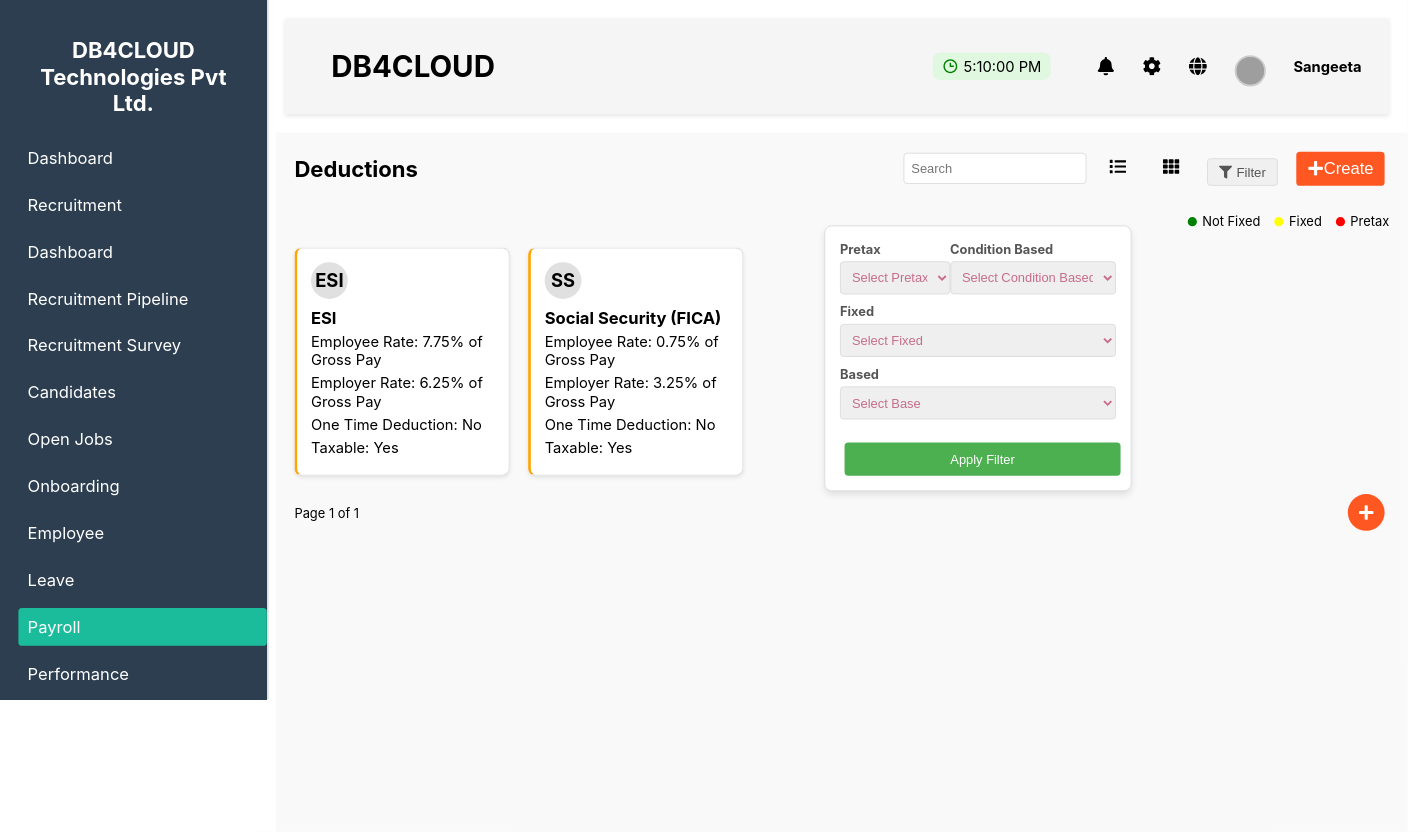
Repository: tinu-ns/Dev-code
Page: /payroll/deductions (app in HRMS-DEMO-Sang/hrms/), after clicking the first element matching `button.filter-btn`
An editor plug-in stored every save of this project. The page is shown before and after the next save, followed by the edit.
The browser window is 1280 px wide. The page is 1550 px wide, so the pictures cover 1550 px, including what lies to the right of the window. The pictures show the whole page, at 92% of full size.
Pictures or frames that could not be fetched are drawn as grey boxes. The project was rebuilt for these pictures with package versions that can differ from the ones it lists, and the page was loaded fresh each time. Also part of the build but not shown: HRMS-DEMO-Sang/hrms/src/components/Dashboard.js, HRMS-DEMO-Sang/hrms/src/components/Recruitment/RecruitmentDashboard.js, HRMS-DEMO-Sang/hrms/src/components/Recruitment/RecruitmentPipeline.js, HRMS-DEMO-Sang/hrms/src/components/Payroll/Allowances.js, HRMS-DEMO-Sang/hrms/src/components/Payroll/Contract.js, HRMS-DEMO-Sang/hrms/src/components/Payroll/Payslips.js, HRMS-DEMO-Sang/hrms/src/components/Payroll/PayrollDashboard.js, HRMS-DEMO-Sang/hrms/src/components/MainContent.css and 4 more.

Above is the page before, as saved 2024-11-11 15:36:32.

### HRMS-DEMO-Sang/hrms/src/components/Payroll/Deductions.js
import React, { useState,useRef, useEffect } from "react";
import {useNavigate} from 'react-router-dom'
import './Deductions.css'
import {
  FaList,
  FaTh,
  FaFilter,
  FaPlus,
  FaEdit,
  FaTrash
} from "react-icons/fa";

const deductionsData = [
  {
    id: 1,
    code: "ESI",
    name: "ESI",
    amount: 200.0,
    employerRate: "6.25% of Gross Pay",
    employeeRate: "7.75% of Gross Pay",
    oneTimeDeduction: "No",
    taxable: "Yes",
    fixed: false,
  },
  {
    id: 2,
    code: "SS",
    name: "Social Security (FICA)",
    amount: 1000.0,
    employerRate: "3.25% of Gross Pay",
    employeeRate: "0.75% of Gross Pay",
    oneTimeDeduction: "No",
    taxable: "Yes",
    fixed: true,
    pretax: "Yes",
  },

  // Add more allowance data here
];

const Deductions = () => {
  const [searchTerm, setSearchTerm] = useState("");
  const [view, setView] = useState("card"); // 'card' or 'list'
  const [filteredData, setFilteredData] = useState(deductionsData);
  const [isFilterVisible, setIsFilterVisible] = useState(false);
  const [filterOptions, setFilterOptions] = useState({
    taxable: "",
    condition: "",
    base: "",
  });
  const navigate = useNavigate()

  const handleCreateAllowance = () => {
    navigate('/deductions/create');
  };



  const handleSearch = (e) => {
    const term = e.target.value;
    setSearchTerm(term);
    if (term === "") {
      setFilteredData(deductionsData);
    } else {
      const filtered = deductionsData.filter((deduction) =>
        deduction.name.toLowerCase().includes(term.toLowerCase())
      );
      setFilteredData(filtered);
    }
  };

  const handleEdit = (id) => {
    alert(`Edit allowance with ID: ${id}`);
  };

  const handleDelete = (id) => {
    alert(`Delete allowance with ID: ${id}`);
  };


  const filterRef = useRef(null);

  useEffect(() => {
    const handleClickOutside = (event) => {
      if (filterRef.current && !filterRef.current.contains(event.target)) {
        setIsFilterVisible(false);
      }
    };
    document.addEventListener("mousedown", handleClickOutside);
    return () => {
      document.removeEventListener("mousedown", handleClickOutside);
    };
  }, []);


  const toggleFilterVisibility = () => {
    setIsFilterVisible(!isFilterVisible);
  };

  const handleFilterChange = (e) => {
    const { name, value } = e.target;
    setFilterOptions((prev) => ({
      ...prev,
      [name]: value,
    }));
  };

  const applyFilter = () => {
    let filtered = deductionsData;

     // Filter based on taxable
    if (filterOptions.taxable) {
      filtered = filtered.filter((deduction) => deduction.taxable === filterOptions.taxable);
    }

    // Filter based on condition (Fixed/Non-Fixed)

    if (filterOptions.condition) {
      filtered = filtered.filter((deduction) => (filterOptions.condition === "Fixed" ? deduction.fixed : !deduction.fixed));
    }

     // Apply the filtered data
    setFilteredData(filtered);
  };

  const getActiveFilters = () => {
    let activeFilters = [];
    if (filterOptions.taxable) {
      activeFilters.push(`Taxable: ${filterOptions.taxable}`);
    }
    if (filterOptions.condition) {
      activeFilters.push(`Condition: ${filterOptions.condition}`);
    }
    if (filterOptions.base) {
      activeFilters.push(`Base: ${filterOptions.base}`);
    }
    return activeFilters;
  };

  const removeFilter = (filter) => {
    if (filter.includes("Taxable")) {
      setFilterOptions((prev) => ({ ...prev, taxable: "" }));
    } else if (filter.includes("Condition")) {
      setFilterOptions((prev) => ({ ...prev, condition: "" }));
    } else if (filter.includes("Base")) {
      setFilterOptions((prev) => ({ ...prev, base: "" }));
    }
  };


  return (
    <div className="deduction-container">
      <header className="deduction-header">
        <h2>Deductions</h2>
        <div className="controls">
          <input
            type="text"
            placeholder="Search"
            value={searchTerm}
            onChange={handleSearch}
            className="search-input"
          />
          <button
            className={`view-toggle ${view === "list" ? "active" : ""}`}
            onClick={() => setView("list")}
          >
            <FaList />
          </button>
          <button
            className={`view-toggle ${view === "card" ? "active" : ""}`}
            onClick={() => setView("card")}
          >
            <FaTh />
          </button>
          <button className="filter-btn" onClick={toggleFilterVisibility}>
            <FaFilter /> Filter
          </button>
          <button className="create-btn" onClick={handleCreateAllowance}>
            <FaPlus /> Create
          </button>
        </div>
      </header>

       {/* Display active filters as tags */}
       <div className="active-filters">
        {getActiveFilters().map((filter, index) => (
          <span key={index} className="filter-tag">
            {filter} <button onClick={() => removeFilter(filter)}>x</button>
          </span>
        ))}
      </div>

      {isFilterVisible && (
        <div className="filter-popup" ref={filterRef}>
          <div className="filter-form">
            <div className="group" style={{display: "flex", gap: "5", justifyContent: "space-between"}}>
            <div className="filter-row">
              <label>Pretax</label>
              <select
                name="taxable"
                onChange={handleFilterChange}
                value={filterOptions.taxable}
              >
                <option value="">Select Pretax</option>
                <option value="Yes">Yes</option>
                <option value="No">No</option>
              </select>
            </div>
            <div className="filter-row">
              <label>Condition Based</label>
              <select
                name="condition"
                onChange={handleFilterChange}
                value={filterOptions.condition}
              >
                <option value="">Select Condition Based</option>
                <option value="Based">Yes</option>
                <option value="Non-Based">No</option>
              </select>
            </div>
</div>
            <div className="filter-row">
              <label>Fixed</label>
              <select
                name="condition"
                onChange={handleFilterChange}
                value={filterOptions.condition}
              >
                <option value="">Select Fixed</option>
                <option value="Fixed">Yes</option>
                <option value="Non-Fixed">No</option>
              </select>
            </div>

            <div className="filter-row">
              <label>Based</label>
              <select
                name="base"
                onChange={handleFilterChange}
                value={filterOptions.base}
              >
                <option value="">Select Base</option>
                <option value="Monthly">Basic Pay</option>
                <option value="Hourly">Gross Pay</option>
                <option value="Hourly">Taxable Gross Pay</option>
                <option value="Hourly">Net Pay</option>
              </select>
            </div>
            <button onClick={applyFilter}>Apply Filter</button>
          </div>
        </div>
      )}



      <div className="status-indicators">
        <span className="dot not-fixed">Not Fixed</span>
        <span className="dot fixed">Fixed</span>
        <span className="dot taxable">Pretax</span>
      </div>

      {view === "card" ? (
        <div className="card-view">
          {filteredData.map((deduction) => (
            <div className="allowance-card" key={deduction.id}>
              <div className="card-icon">{deduction.code}</div>
              <div className="card-content">
                <h3>{deduction.name}</h3>
                <p>Employee Rate: {deduction.employeeRate}</p>
                <p>Employer Rate: {deduction.employerRate}</p>
                <p>One Time Deduction: {deduction.oneTimeDeduction}</p>
                <p>Taxable: {deduction.taxable}</p>
              </div>
            </div>
          ))}
        </div>
      ) : (
        <div className="list-view">
           <div className="table-container">
          <table>
            <thead>
              <tr>
              <th className="sticky-column">Deductions</th>
                  <th className="scrollable-column">Specific Employees</th>
                  <th className="scrollable-column">Excluded Employees</th>
                  <th className="scrollable-column">Is Pretax</th>
                  <th className="scrollable-column">Is Condition Based</th>
                  <th className="scrollable-column">Condition</th>
                  <th className="scrollable-column">Is Fixed</th>
                  <th className="scrollable-column">Amount</th>
                  <th className="scrollable-column">Based On</th>
                  <th className="scrollable-column">Rate</th>
                  <th className="sticky-column">Action</th>
              </tr>
            </thead>
            <tbody>
              {filteredData.map((deduction) => (
                <tr key={deduction.id}>
                  <td className="sticky-column">{deduction.name}</td>
                  <td>-</td>
                  <td>-</td>
                  <td>{deduction.taxable}</td>
                  <td>No</td>
                  <td>-</td>
                  <td>{deduction.fixed ? "Yes" : "No"}</td>
                  <td>{deduction.amount}</td>
                  <td>-</td>
                  <td>-</td>
                  <td className="sticky-column">
                    <button
                      className="edit-btn"
                      onClick={() => handleEdit(deduction.id)}
                    >
                      <FaEdit />
                    </button>
                    <button
                      className="delete-btn"
                      onClick={() => handleDelete(deduction.id)}
                    >
                      <FaTrash />
                    </button>
                  </td>
                </tr>
              ))}
            </tbody>
          </table>
        </div>
        </div>
      )}

      <footer className="footer">
        <span>Page 1 of 1</span>
        <button className="add-btn">
          <FaPlus />
        </button>
      </footer>
    </div>
  );
};

export default Deductions;

### HRMS-DEMO-Sang/hrms/src/App.css
.app{
  display: flex;
  height: 100vh;
  background-color: #f4f4f4;
  width: 100vw;
  padding-left: 250px;
}

.content-container{
  flex-grow: 1;
  padding: 20px;
  background-color: #fff;        /**/
  display: flex;
  flex-direction: column;
  width: calc(100% - 250px); /* Adjust width to account for sidebar */
}

.main-section{
  display: flex;
  justify-content: space-between;
  padding: 20px;
  width: 100%;
  height: 100%;
  flex-grow: 1;

}


.sidebar {
  width: 250px;
  background-color: #2c3e50;
  position: fixed;
  height: 100vh;
  flex-shrink: 0;
  position: fixed;
  left: 0;
  top: 0;
}

### HRMS-DEMO-Sang/hrms/src/components/Sidebar.css
 .container{
    display: flex;
    height: 100vh;
    margin-right: 10px;
}

/*
.content{
    flex-grow: 1;
    padding: 20px;
    padding-left: 50px;

}  */

.sidebar {
    width: 200px;
    height: 100vh;
    background-color: #503f2c;
    padding: 20px;
    color: white;
    height: 100vh;
    position: fixed;
    top: 0;
    left: 0;
    border-right: 2px solid #ddd;
    overflow-y: auto;        /* Allows vertical scrolling */
    margin-right: 200px;
    z-index: 1000;

  }



  .sidebar h2{
    text-align: center;
    margin-bottom: 30px;
    font-size: 24px;
  }

  .sidebar-list{
    list-style-type: none;
    padding: 0;
  }


  .sidebar-list li{
    margin-bottom: 15px;
  }

  .sidebar-list li a {
    color: white;
    text-decoration: none;
    font-size: 18px;
    padding: 10px;
    border-radius: 4px;
    display: block;
  }

  .sidebar-list li a:hover{
    color: #1abc9c;
  }

  .sidebar-list li a.active{
    background-color: #1abc9c;
    color: white;
  }

  .sidebar {
    width: 250px;
    background-color: #2E3A46;
    color: #FFF;
    padding: 20px;
    height: 100vh;
  }

  .sidebar h2 {
    font-size: 1.5em;
    margin-bottom: 1em;
  }

  .sidebar ul {
    list-style: none;
    padding: 0;
  }

  .sidebar li {
    margin: 10px 0;
  }

  .sidebar li ul {
    margin-top: 5px;
  }

  .sidebar a {
    color: #FFF;
    text-decoration: none;
  }

  .sidebar a:hover {
    text-decoration: underline;
  }

  .sidebar a.active {
    color: #20c997;
  }

  .sidebar ul li a:hover, .menu-toggle:hover {
    background-color: #34495e;
  }

  .menu-toggle {
    background: none;
    border: none;
    color: #ecf0f1;
    font-size: 1rem;
    text-align: left;
    cursor: pointer;
    width: 100%;
    padding: 10px;
  }

  .submenu {
    list-style-type: none;
    padding-left: 20px;
  }

  .submenu li a {
    padding-left: 20px;
    font-size: 0.9rem;
  }

### HRMS-DEMO-Sang/hrms/src/components/Recruitment/RecruitmentPipeline.css
.pipeline-container {
    padding: 20px;
    background-color: #f5f5f5;
    border-radius: 8px;
  }

  .pipeline-section {
    margin-top: 20px;
  }

  .pipeline-section h3 {
    background-color: #f8f9fa;
    padding: 10px;
    border-left: 5px solid #ffa500;
  }

  .recruitment-table {
    width: 100%;
    border-collapse: collapse;
  }

  .recruitment-table th,
  .recruitment-table td {
    padding: 10px;
    border-bottom: 1px solid #ddd;
    text-align: left;
  }

  .recruitment-table th {
    background-color: #f1f1f1;
  }

  button {
    padding: 5px 10px;
    margin: 0 5px;
    border: none;
    border-radius: 4px;
    cursor: pointer;
  }

  button:hover {
    background-color: #ddd;
  }

### HRMS-DEMO-Sang/hrms/src/components/Header.css
.bg-container{
  padding-left: 30px;

}

.header {
    background-color: #f5f5f5;
    padding: 10px 20px;
    display: flex;
    justify-content: space-between;
    align-items: center;
    box-shadow: 0px 2px 5px rgba(0, 0, 0, 0.1);
  }

  .header-left {
    display: flex;
    align-items: center;
  }

  .menu-button {
    font-size: 24px;
    background: none;
    border: none;
    cursor: pointer;
  }

  .h1{
    margin-left: 15px;
    font-size: 24px;
    color: red! important ;
  }

  .header-right{
    display: flex;
    align-items: center;
  }

  .icon{
    margin-left: 20px;
    font-size: 20px;
    cursor: pointer;
  }

  .time-box {
    display: flex;
    align-items: center;
    background-color: #e0f7e0;
    padding: 5px 10px;
    border-radius: 8px;
    margin-right: 20px;
  }

  .time-icon {
    margin-right: 5px;
    font-size: 18px;
    color: green;
  }

  .user-profile{
    display: flex;
    align-items: center;
    cursor: pointer;
    position: relative;
  }

  .user-avatar{
    padding: 20px;
  }

  .avatar{
    width: 40px;
    height: 40px;
    background-color: #d4d4d4;
    border-radius: 50%;
    display: flex;
    justify-content: center;
    align-items: center;
    font-size: 18px;
    color: white;
    margin-right: 10px;

  }

  .user-name{
    font-weight: bold;
  }

  .dropdown{
    position: absolute;
    top: 50px;
    right: 0;
    background-color: #fff;
    box-shadow: 0px 2px 8px rgba(0, 0, 0, 0.1);
    border-radius: 5px;
    z-index: 100;
  }

  .dropdown ul {
    list-style-type: none;
    padding: 10px;
    margin: 0;
  }

  .dropdown ul li {
    padding: 10px 15px;
    cursor: pointer;
  }

  .dropdown ul li:hover {
    background-color: #f5f5f5;
  }

  .user-info {
    display: flex;
    align-items: center;
  }

  .user-name {
    margin-right: 10px;
  }

### HRMS-DEMO-Sang/hrms/src/components/Payroll/CreateAllowance.css

.main-container{
    border: 1.5px solid rgb(246, 235, 235);
    padding: 20px;
    max-width: 700px;
    margin: 40px auto;
    background-color: #ffffff;
    box-shadow: 0 4px 10px rgba(0, 0, 0, 0.1);
    border-radius: 8px;
    height: 130vh;
  }

.create-allowance-container {
    padding: 30px;
    max-width: 700px;
    margin: 40px auto;
    background-color: #ffffff;
    border-radius: 8px;
    border: 1.5px solid rgb(216, 212, 212);

  }


  .create-allowance-container h2 {
    text-align: start;
    color: #333;
    font-size: 1.8rem;
    margin-bottom: 20px;

  }

  .create-allowance-container hr{
    margin-bottom: 30px;
  }

  .form-row {
    display: flex;
    justify-content: space-between;
    gap: 20px;
    margin-bottom: 20px;
  }

  .form-group {
    flex: 1;
  }

  .form-group.half-width {
    flex: 0.5;
  }

  .form-group label {
    display: flex;
    align-items: center;
    font-weight: 600;
    color: black;
    margin-bottom: 5px;
    font-size: 15px;
  }

  .form-group label span {
    color: #ff4d4d;
    margin-left: 4px;
  }

  .info-icon {
    margin-left: 5px;
    color: #888;
    cursor: help;
    font-size: 0.85rem;
  }

  input[type="text"],
  input[type="date"],
  input[type="number"],
  select {
    width: 100%;
    padding: 8px;
    border: 1px solid #ddd;
    border-radius: 4px;
    font-size: 1rem;
    font-size: 14px;
    color: rgb(199, 108, 137);

  }

  .filter-btn {
    background-color: #f0f0f0;
    color: #555;
    padding: 6px 12px;
    border: 1px solid #ddd;
    border-radius: 4px;
    font-size: 0.9rem;
    cursor: pointer;
    margin-top: 8px;
  }

  .filter-icons {
    display: flex;
    gap: 5px;
    margin-top: 8px;
    justify-content: end;
    padding: 6px;
  }

  .small-filter-icon {
    font-size: 1.2rem;
    color: orangered;
    text-align: end;
  }

  .filter-span{
    color: orangered;
  }

  /* Toggle Switch */
  .toggle-switch {
    position: relative;
    display: inline-block;
    width: 40px;
    height: 20px;
    margin-top: 8px;
  }

  .toggle-switch input {
    opacity: 0;
    width: 0;
    height: 0;
  }

  .slider {
    position: absolute;
    cursor: pointer;
    top: 0;
    left: 0;
    right: 0;
    bottom: 0;
    background-color: rgb(219, 198, 198);
    transition: 0.4s;
    border-radius: 20px;
  }

  .slider:before {
    position: absolute;
    content: "";
    height: 16px;
    width: 16px;
    left: 2px;
    bottom: 2px;
    background-color: white;
    transition: 0.4s;
    border-radius: 50%;
  }

  input:checked + .slider {
    background-color: orangered;
  }

  input:checked + .slider:before {
    transform: translateX(15px);
  }

  .condition-options{
    font-size: 12px;
    color: rgb(151, 146, 146);
  }

  /* Multi-select box and tag styles */
.multi-select-box {
    display: flex;
    flex-wrap: wrap;
    align-items: center;
    gap: 5px;
    border: 1px solid #ddd;
    padding: 5px;
    border-radius: 4px;
    background-color: #f9f9f9;
  }

  .tag {
    display: flex;
    align-items: center;
    background-color: #a8b4c0;
    color: #ffffff;
    border-radius: 12px;
    padding: 5px 10px;
    font-size: 0.9rem;
    margin: 3px;
  }

  .remove-tag {
    margin-left: 8px;
    cursor: pointer;
    font-weight: bold;
    font-size: 1.1rem;
  }

  /* Avatar styling for selected employee */
.avatar-container{
    display: flex;
  }
.avatar {
    margin-top: 10px;
    display: flex;
    justify-content: center;
    align-items: center;
    width: 30px;
    height: 30px;
    background-color: #b5b0b0;
    border-radius: 50%;
    font-size: 13px;
    font-weight: bold;
    color: #ffffff;
    text-transform: uppercase;
    border: 2px solid #ccc;
  }

  .avatar-text {
    text-align: center;
    line-height: 40px; /* Centers text vertically */
  }

  /* Modal Styling */
.modal {
    position: fixed;
    top: 0;
    left: 0;
    right: 0;
    bottom: 0;
    background: rgba(0, 0, 0, 0.5);
    display: flex;
    align-items: center;
    justify-content: center;
    z-index: 1000;
  }

  .modal-content {
    background: white;
    width: 500px;
    padding: 20px;
    border-radius: 8px;
    position: relative;
  }

  .close-modal {
    position: absolute;
    top: 10px;
    right: 10px;
    background: transparent;
    border: none;
    font-size: 1.5em;
    cursor: pointer;
  }

  .search-bar {
    width: 100%;
    padding: 10px;
    margin-bottom: 15px;
    border: 1px solid #ddd;
    border-radius: 5px;
  }

  .employee-list {
    max-height: 200px;
    overflow-y: auto;
    padding: 5px;
  }

  .employee-item {
    display: flex;
    align-items: center;
    justify-content: space-between;
    padding: 8px;
    border-bottom: 1px solid #eee;
  }

  .employee-item .avatar {
    width: 30px;
    height: 30px;
    background-color: #007bff;
    color: white;
    display: flex;
    align-items: center;
    justify-content: center;
    border-radius: 50%;
    margin-right: 10px;
  }

  .add-employee {
    background-color: #28a745;
    color: white;
    border: none;
    padding: 5px 10px;
    border-radius: 5px;
    cursor: pointer;
  }

  .add-employee:hover {
    background-color: #218838;
  }

  .save-btn-container {
    display: flex;
    justify-content: flex-end;
    align-items: center;
    flex: 0.5;
  }

  .save-btn {
    padding: 12px 20px;
    background-color: #007bff;
    color: #ffffff;
    border: none;
    border-radius: 4px;
    font-size: 1.2rem;
    font-weight: bold;
    cursor: pointer;
    transition: background-color 0.3s;
  }

  .save-btn:hover {
    background-color: #0056b3;
  }

  @media (max-width: 600px) {
    .form-row {
      flex-direction: column;
    }
  }

Loaded but not shown: HRMS-DEMO-Sang/hrms/public/index.html (common file); HRMS-DEMO-Sang/hrms/src/index.js (common file); HRMS-DEMO-Sang/hrms/src/index.css (common file); HRMS-DEMO-Sang/hrms/src/reportWebVitals.js (common file); HRMS-DEMO-Sang/hrms/src/components/Sidebar.js (102 lines, source omitted); HRMS-DEMO-Sang/hrms/src/components/Header.js (91 lines, source omitted); HRMS-DEMO-Sang/hrms/src/App.js (55 lines, source omitted); HRMS-DEMO-Sang/hrms/src/components/Payroll/PayrollDashboard.css (359 lines, source omitted); HRMS-DEMO-Sang/hrms/src/components/Payroll/Allowances.css (356 lines, source omitted); HRMS-DEMO-Sang/hrms/src/components/Payroll/Deductions.css (356 lines, source omitted); HRMS-DEMO-Sang/hrms/src/components/Payroll/Contract.css (341 lines, source omitted)

After the next save:
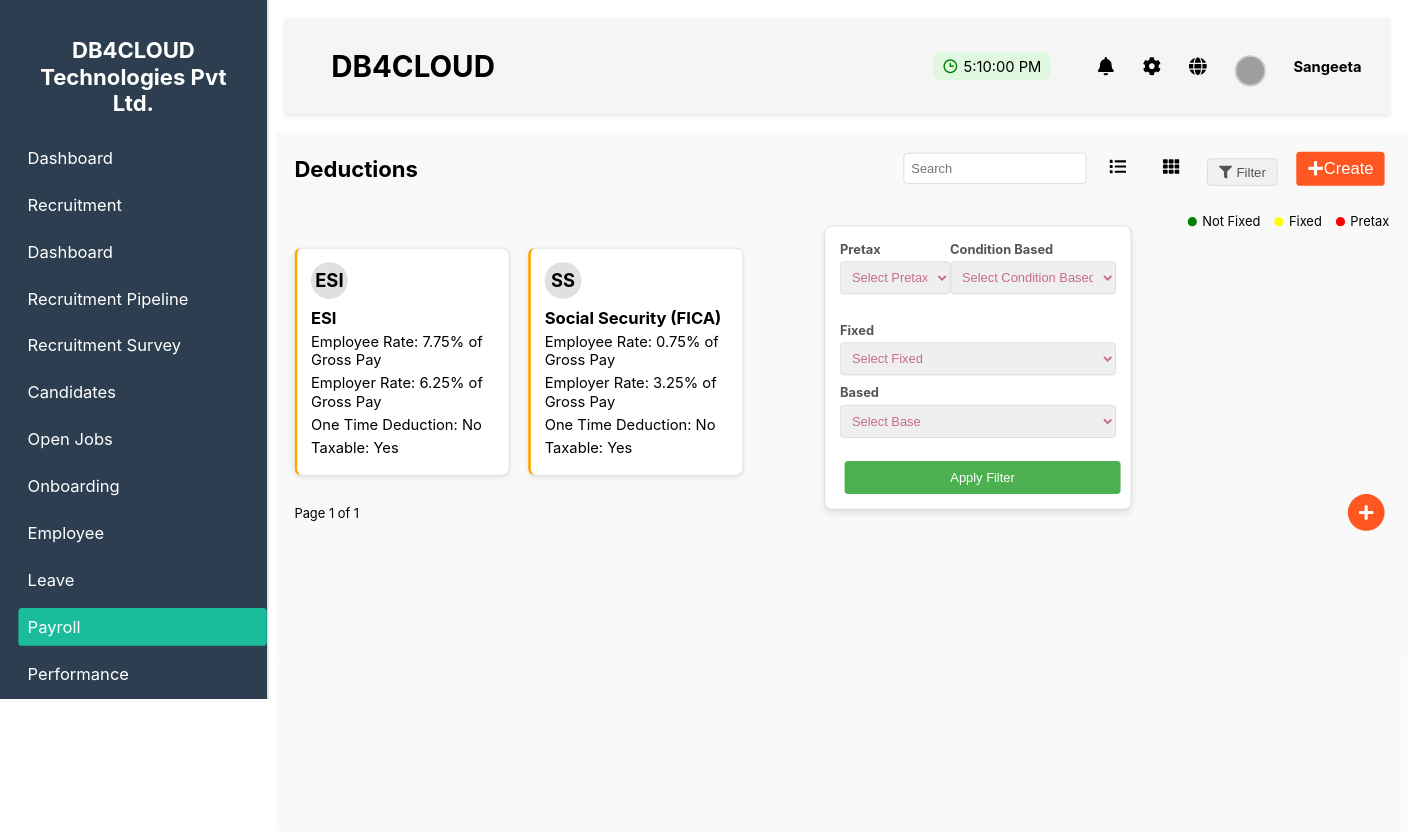
Saved 29 s later.
--- a/HRMS-DEMO-Sang/hrms/src/components/Payroll/Deductions.js
+++ b/HRMS-DEMO-Sang/hrms/src/components/Payroll/Deductions.js
@@ -193,7 +193,7 @@ const Deductions = () => {
       {isFilterVisible && (
         <div className="filter-popup" ref={filterRef}>
           <div className="filter-form">
-            <div className="group" style={{display: "flex", gap: "5", justifyContent: "space-between"}}>
+            <div className="group" style={{display: "flex", gap: "5", justifyContent: "space-between", marginBottom: "20px"}}>
             <div className="filter-row">
               <label>Pretax</label>
               <select
